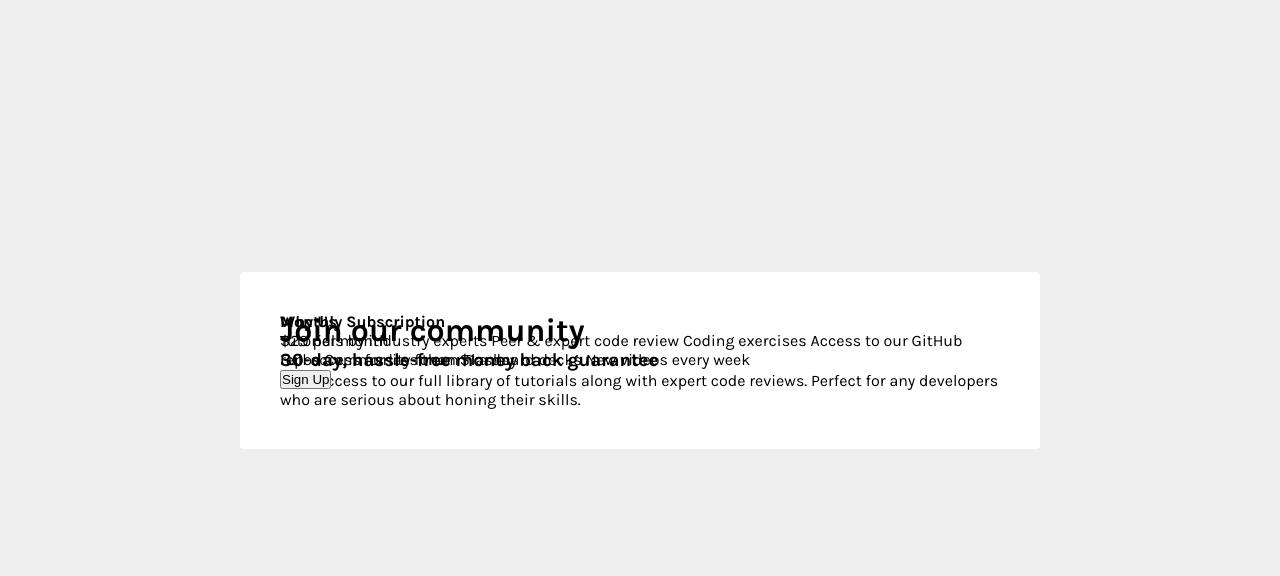
Repository: Akashiii1/WebSingleGrid_Day3
Page: index.html
These files come from the project's save history. The page is drawn as it stood at one moment and after the next save; the edit follows.
The browser window is 1280 px wide. The pictures show the whole page.

Above is the page before, as saved 2021-12-22 01:00:41.

### index.html
<!DOCTYPE html>
<html lang="en">
  <head>
    <meta charset="UTF-8" />
    <meta name="viewport" content="width=device-width, initial-scale=1.0" />
    <!-- displays site properly based on user's device -->

    <link
      rel="icon"
      type="image/png"
      sizes="32x32"
      href="./images/favicon-32x32.png"
    />

    <title>Frontend Mentor | Single Price Grid Component</title>

    <!-- Feel free to remove these styles or customise in your own stylesheet 👍 -->
    <link rel="stylesheet" href="style.css" />
    <style>
      .attribution {
        font-size: 11px;
        text-align: center;
      }
      .attribution a {
        color: hsl(228, 45%, 44%);
      }
    </style>
  </head>
  <body>
    <!-- Join our community

  30-day, hassle-free money back guarantee

  Gain access to our full library of tutorials along with expert code reviews.
  Perfect for any developers who are serious about honing their skills.

  Monthly Subscription

  &dollar;29 per month

  Full access for less than &dollar;1 a day

  Sign Up

  Why Us

  Tutorials by industry experts
  Peer &amp; expert code review
  Coding exercises
  Access to our GitHub repos
  Community forum
  Flashcard decks
  New videos every week -->
    <div class="wrapper">
      <div class="container">
        <div class="box item1">
          <h1>Join our community</h1>
          <h3>30-day, hassle-free money back guarantee</h3>
          <p>
            Gain access to our full library of tutorials along with expert code
            reviews. Perfect for any developers who are serious about honing
            their skills.
          </p>
        </div>
        <div class="box item2">
          <h4>Monthly Subscription</h4>
          <span>&dollar;29 per month</span>
          <p>Full access for less than &dollar;1 a day</p>
          <button class="btn">Sign Up</button>
        </div>
        <div class="box item3">
          <h4>Why Us</h4>
          <p>
            Tutorials by industry experts Peer &amp; expert code review Coding
            exercises Access to our GitHub repos Community forum Flashcard decks
            New videos every week
          </p>
        </div>
      </div>
    </div>
    <!-- <footer>
    <p class="attribution">
      Challenge by <a href="https://www.frontendmentor.io?ref=challenge" target="_blank">Frontend Mentor</a>.
      Coded by <a href="#">Your Name Here</a>.
    </p>
  </footer> -->
  </body>
</html>

### style.css

@import url('https://fonts.googleapis.com/css2?family=Karla:wght@400;700&display=swap');
:root{
  --Cyan: hsl(179, 62%, 43%);
 --BrightYellow: hsl(71, 73%, 54%);
 --LightGray: hsl(204, 43%, 93%);
 --GrayishBlue: hsl(218, 22%, 67%);
}
html {
box-sizing: border-box;
}
*{
margin: 0;
padding: 0;
}
*,*:before,*:after {
box-sizing: border-box;
}
input,
textarea,
select,
button{
outline: none;
}
input{
line-height: normal;
}
label,
button{
cursor: pointer;
}
a {
text-decoration: none;
}
img {
display: block;
max-width: 100%;
}
body{
  font-family: 'Karla', sans-serif;
  display: flex;
  justify-content: center;
  align-items: center;
  min-height: 100vh;
  background-color: #eee;
}
.wrapper{
  max-width: 800px;
  background-color: #fff;
  border-radius: 4px;
  overflow: hidden;
}
.container{
  display: grid;
  grid-template-columns:1fr 1fr;
  grid-template-rows: 1fr 1fr;
  grid-area: ;
}
.item1{
  grid-area: it1;
}
.item2{
  grid-area: it2;

}
.item3{
  grid-area: it3;
}
.box{
  padding: 40px;
}

After the next save:
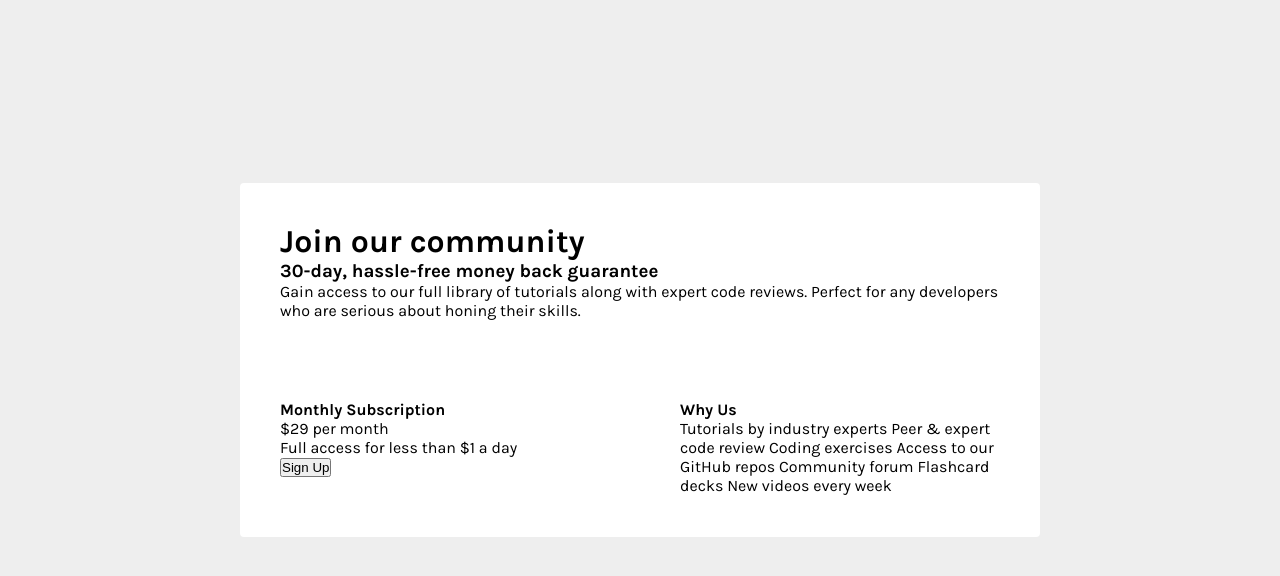
Saved 45 s later.
--- a/style.css
+++ b/style.css
@@ -54,7 +54,8 @@ body{
   display: grid;
   grid-template-columns:1fr 1fr;
   grid-template-rows: 1fr 1fr;
-  grid-area: ;
+  grid-template-areas:"it1 it1"
+                      "it2 it3";
 }
 .item1{
   grid-area: it1;
